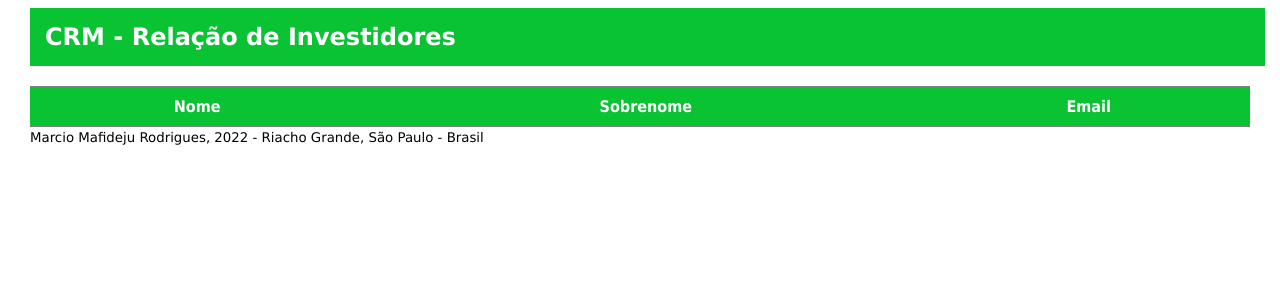
Repository: mafideju/CustomerTracker
Page: http://localhost/web-customer-tracker/WEB-INF/view/list-customers.jsp
The author's editor kept a copy of each file at every save. The page is drawn from the files as they stood at one save, then again after the next save.
The browser window is 1280 px wide. The pictures show the whole page.
The page is served by Tomcat 9. Nobody is signed in. Other server files are loaded and not shown. The template is opened directly, without the code that normally fills it, so the values that code supplies are empty.

Above is the page before, as saved 2022-01-21 21:16:49.

### web-customer-tracker/WebContent/WEB-INF/view/list-customers.jsp
<%@ taglib uri="http://java.sun.com/jsp/jstl/core" prefix="c" %>

<!DOCTYPE html>
<html>
	<head>
		<title>Lista de Investidores</title>
		<link type="text/css" rel="stylesheet" href="${pageContext.request.contextPath}/resources/css/style.css">
	</head>

	<body>
		<main>

			<div id="wrapper">
				<div id="header">
					<h2>CRM - Relação de Investidores</h2>
				</div>
			</div>

			<div id="container">
				<div id="content">
					<table>
						<tr>
							<th>Nome</th>
							<th>Sobrenome</th>
							<th>Email</th>
						</tr>

						<c:forEach var="customer" items="${customers}">
							<tr>
								<td>${customer.firstName}</td>
								<td>${customer.lastName}</td>
								<td>${customer.email}</td>
							</tr>
						</c:forEach>

					</table>
				</div>
			</div>

		</main>
		<footer>
			<small>Marcio Mafideju Rodrigues, 2022 - Riacho Grande, São Paulo - Brasil</small>
		</footer>
	</body>
</html>

### web-customer-tracker/WebContent/resources/css/style.css
html, body{
	margin-left:15px; margin-right:15px;
	padding:0px;
	font-family:Verdana, Arial, Helvetica, sans-serif;
}

table {
	border-collapse:collapse;
	border-bottom:1px solid gray;
	font-family: Tahoma,Verdana,Segoe,sans-serif;
	width:100%;
}

th {
	border-bottom:1px solid gray;
	background:none repeat scroll 0 0 #09c332;
	padding:10px;
	color: #FFFFFF;
}

tr {
	border-top:1px solid gray;
	text-align:center;
}

tr:nth-child(even) {background: rgb(222, 221, 218)}
tr:nth-child(odd) {background: #BBBBBB}

#wrapper {width: 100%; margin-top: 0px; }
#header {width: 100%; background: #09c332; margin-top: 0px; padding:15px 0px 15px 15px;}
#header h2 {width: 100%; margin:auto; color: #FFFFFF;}
#container {width: 100%; margin:auto}
#container h3 {color: #000;}
#container #content {margin-top: 20px;}

.add-button {
	border: 1px solid #666;
	border-radius: 5px;
	padding: 4px;
	font-size: 12px;
	font-weight: bold;
	width: 120px;
	padding: 5px 10px;

	margin-bottom: 15px;
	background: #cccccc;
}

After the next save:
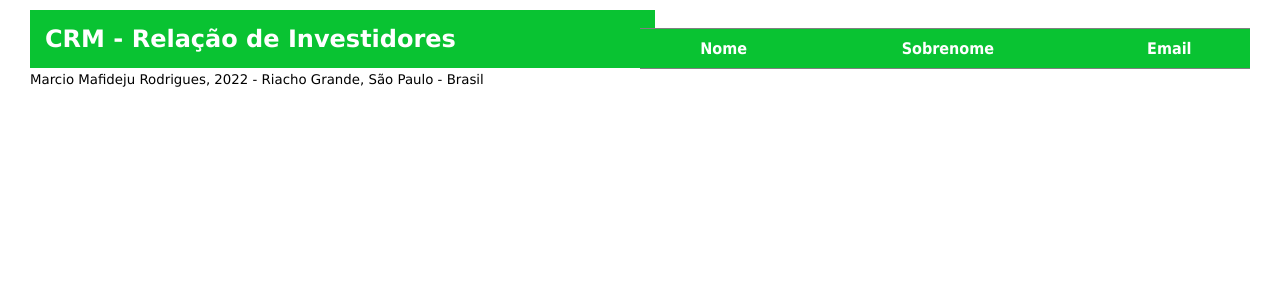
Saved 53 s later.
--- a/web-customer-tracker/WebContent/WEB-INF/view/list-customers.jsp
+++ b/web-customer-tracker/WebContent/WEB-INF/view/list-customers.jsp
@@ -8,7 +8,7 @@
 	</head>
 
 	<body>
-		<main>
+		<main style="display: flex; justify-content: center; align-items: center;">
 
 			<div id="wrapper">
 				<div id="header">
